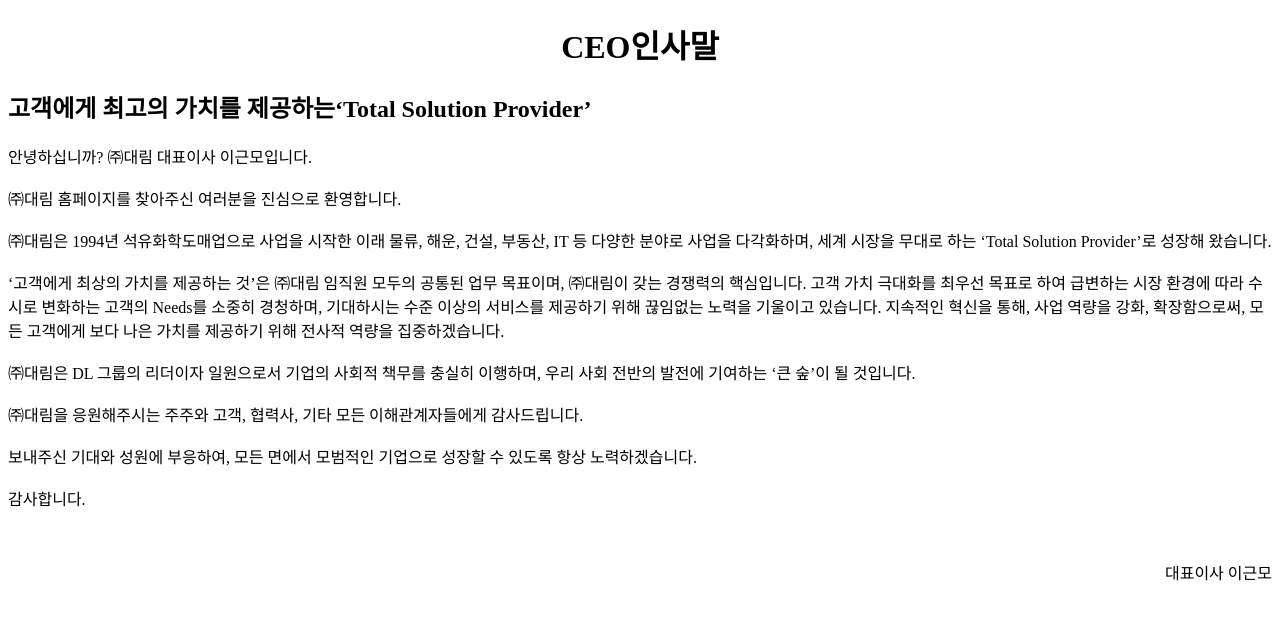
Repository: sungken/htmlProject
Page: ClientTest/src/main/webapp/html/test/paragraph.html
The author's editor kept a copy of each file at every save. The page is drawn from the files as they stood at one save, then again after the next save.
The browser window is 1280 px wide. The pictures show the whole page.

Above is the page before, as saved 2024-03-13 02:08:01.

After the next save:
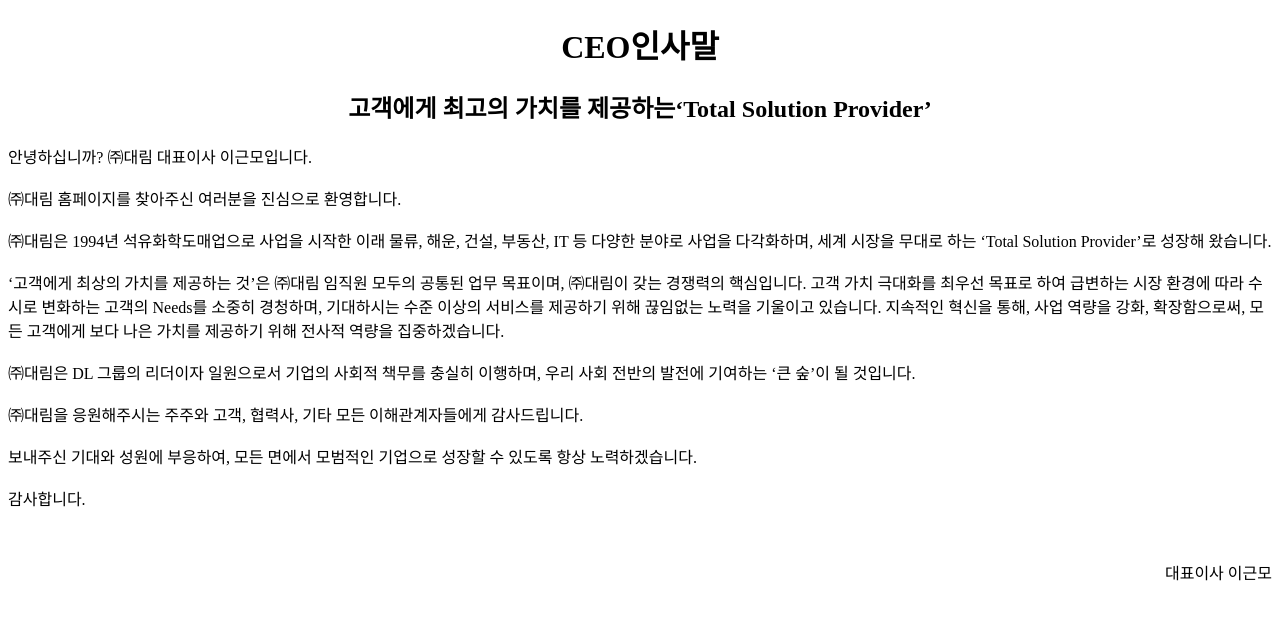
Saved 5 s later.
--- a/ClientTest/src/main/webapp/html/test/paragraph.html
+++ b/ClientTest/src/main/webapp/html/test/paragraph.html
@@ -7,7 +7,7 @@
 <body>
 
 <h1 align="center">CEO인사말</h1>
-<h2 align="centter">고객에게 최고의 가치를 제공하는‘Total Solution Provider’</h2>
+<h2 align="center">고객에게 최고의 가치를 제공하는‘Total Solution Provider’</h2>
 <p>안녕하십니까? ㈜대림 대표이사 이근모입니다.<br><br>
 
 ㈜대림 홈페이지를 찾아주신 여러분을 진심으로 환영합니다.
